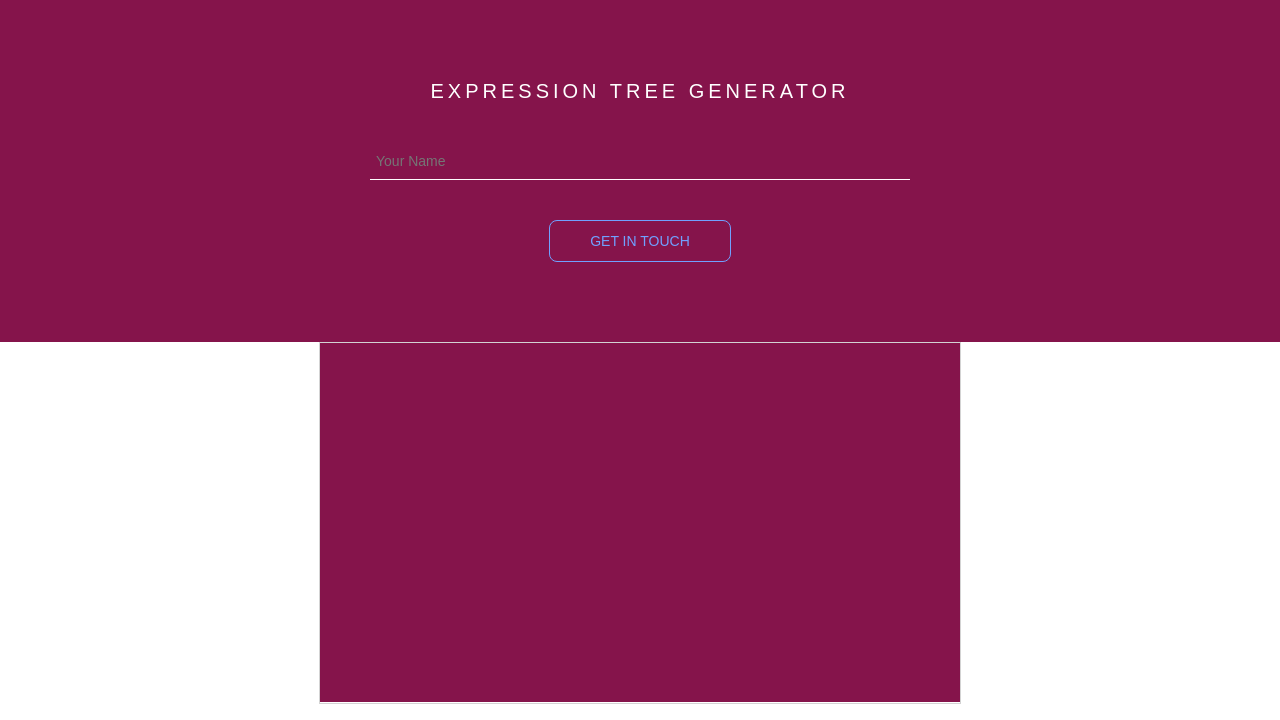
Repository: lnogueir/expression-tree-gen
Page: index.html
An editor plug-in stored every save of this project. The page is shown before and after the next save, followed by the edit.
The browser window is 1280 px wide. The pictures show the whole page.

Above is the page before, as saved 2020-03-15 19:09:34.

### index.html
<!DOCTYPE html>
<html lang="en">

<head>
    <meta charset="UTF-8">
    <meta name="viewport" content="width=device-width, initial-scale=1.0">
    <title>Canvas</title>
    <link rel="stylesheet" href="app.css">
</head>

<body>

    <div class="contact-section">
        <div class="inner-width">
          <h1>Expression Tree Generator</h1>
          <input type="text" class="name" id = 'expression-input' placeholder="Your Name">
          <button id="generate-tree">Get in touch</button>
        </div>
      </div>

    <div id="canvas-container">
        <canvas></canvas>
    </div>
</body>
<script src="https://ajax.googleapis.com/ajax/libs/jquery/3.4.1/jquery.min.js"></script>
<script src="https://cdnjs.cloudflare.com/ajax/libs/mathjs/6.6.1/math.min.js"></script>
<script src="tree.js"></script>
<script src="infixToPostfix.js"></script>
<script src="canvas.js"></script>

</html>

### app.css
*{
    margin: 0;
    padding: 0;
    box-sizing: border-box;
    font-family: "montserrat",sans-serif;
  }
  .contact-section{
    background: #85144b;
    padding: 80px 0;
    text-align: center;
  }

  .inner-width{
    max-width: 600px;
    margin: auto;
    padding: 0 20px;
  }

  .contact-section h1{
    font-size: 20px;
    color: #FFF;
    margin-bottom: 40px;
    text-transform: uppercase;
    letter-spacing: 4px;
    font-weight: 400;
  }

  .name,.email,.message{
    background: none;
    border:none;
    outline: none;
    border-bottom: 1px solid;
    color: #FFF;
    padding: 10px 6px;
    font-size: 14px;
    margin-bottom: 40px;
  }

  .name{
    float: center;
    width: 540px;
  }


  .contact-section button{
      outline: none;
    background: none;
    color: #70a1ff;
    border: 1px solid #70a1ff;
    padding: 12px 40px;
    border-radius: 8px;
    text-transform: uppercase;
    font-size: 14px;
    transition: 0.4s linear;
    cursor: pointer;
  }

  .contact-section button:hover{
    background: #70a1ff;
    color: #fff;
  }


  @media screen and (max-width:600px){
    .name,.email{
      width: 100%;
    }
  }

#canvas-container{
    display: flex;
    flex-direction: column;
    align-items: center;
    margin: auto;
    height: 50vh;
    width: 50vw;
    background: #85144b;
}

canvas{
    border: 1px solid lightgray;
}

### tree.js
function Node(value) {
    const radius = 32.5
    this.value = value;
    this.x = null;
    this.y = null;
    this.right = null;
    this.left = null;

    this.isLeaf = () => this.right == null && this.left == null;

    this.drawEdge = function (context, x, y, left_way) {
        context.strokeStyle = 'gray';
        context.beginPath()
        const x_y_ratio = Math.abs(this.y - y) / Math.abs(this.x - x)
        const w = radius * Math.sqrt(1 / (1 + Math.pow(x_y_ratio, 2)))
        const d = x_y_ratio * w
        if (left_way) {
            context.moveTo(this.x - w, this.y + d)
            context.lineTo(x + w, y - d)
        } else {
            context.moveTo(this.x + w, this.y + d)
            context.lineTo(x - w, y - d)
        }

        context.stroke()
    }

    this.draw = function (context) {
        context.beginPath()
        context.arc(this.x, this.y, radius, 0, Math.PI * 2, false)
        context.fillStyle = 'rgba(255, 255, 255, 0.5)'
        context.fill()
        context.strokeStyle = 'black'
        context.stroke()
        context.font = '25px Times New Roman'
        context.textAlign = 'center'
        context.textBaseline = 'middle'
        context.fillStyle = "black";
        context.fillText(this.value, this.x, this.y);
    }
}

function constructTree(postfix) {
    const OPERATORS = ['*', '/', '-', '+']
    var stack = []
    var root = null;
    var current;
    var shift = false;
    for (var i = postfix.length - 1; i >= 0; i--) {
        if (null === root) {
            current = new Node(postfix[i]);
            root = current;
        } else {
            if (shift) {
                current.left = new Node(postfix[i])
                current = current.left
                shift = false
            } else {
                current.right = new Node(postfix[i])
                current = current.right
            }
        }
        if (OPERATORS.includes(postfix[i])) {
            stack.push(current);
        } else {
            current = stack.pop();
            shift = true
        }
    }
    return root;
}

function getSize(root) {
    var size = 0
    function countSize(root) {
        if (null != root) {
            size++;
            countSize(root.left)
            countSize(root.right)
        }
    }
    countSize(root);
    return size;
}

function print_coords(root) {
    if (null != root) {
        print_coords(root.left)
        console.log(root.value, root.x, root.y)
        print_coords(root.right)
    }
}

function setCoordinates(root) {
    var i = 0
    const OFFSET = 50
    const size = getSize(root)
    const canvas_mid_point = window.innerWidth / 2;
    function setCoordinates(subt, depth) {
        if (null != subt) {
            setCoordinates(subt.left, depth + 1)
            subt.x = canvas_mid_point + (OFFSET * (i - size / 2))
            subt.y = OFFSET + (depth * 1.5 * OFFSET)
            i++
            setCoordinates(subt.right, depth + 1)
        }
    }
    setCoordinates(root, 0)
}

function drawTree(root, context) {
    if (null != root) {
        root.draw(context)
        if (null != root.left) {
            root.drawEdge(context, root.left.x, root.left.y, true);
        }
        drawTree(root.left, context)
        if (null != root.right) {
            root.drawEdge(context, root.right.x, root.right.y, false)
        }
        drawTree(root.right, context)
    }
}

### infixToPostfix.js
function isBracketed(expr) {
  var stack = []
  for (var i = 0; i < expr.length; i++) {
    if ('(' === expr[i]) {
      stack.push('(')
    } else if (')' === expr[i]) {
      stack.pop()
      if (stack.length === 0) {
        if (i !== expr.length - 1) {
          return false
        } else {
          return true
        }
      }
    }
  }
  return false;
}

function isValidExpression(expr) {
  if (expr.length < 3) {
    return false;
  }
  for (var i = 0; i < expr.length; i++) {
    if ('abcdefghijklmnopqrstuvwxyz*()/+-'.indexOf(expr[i]) === -1) {
      return false;
    }
  }
  try {
    while ("(" === expr[0] && ")" === expr[expr.length - 1]) {
      if (isBracketed(expr)) {
        expr = expr.substring(1, expr.length - 1);
      } else break;
    }
    var res = math.parse(expr);
    if ((typeof res.implicit === 'undefined') || res.fn.indexOf('unary') !== -1) {
      return false;
    }
    return true;
  }
  catch (ex) {
    return false;
  }
}

function infixToPostfix(expression) {
  if (!isValidExpression(expression)) {
    return null;
  }
  const prec = { "*": 3, "/": 3, "-": 2, "+": 2, "(": 1 }
  op_stack = []
  postfixList = []
  tokens = expression.split('')
  for (const token of tokens) {
    if ("abcdefghijklmnopqrstuvwxyz".indexOf(token) !== -1) {
      postfixList.push(token)
    } else if ("(" === token) {
      op_stack.push(token)
    } else if (")" === token) {
      var top_op_token = op_stack.pop()
      while (top_op_token !== '(') {
        postfixList.push(top_op_token)
        top_op_token = op_stack.pop()
      }
    } else {
      var peek_elem = op_stack.slice(-1)[0];
      while (op_stack.length > 0 && (prec[peek_elem] >= prec[token])) {
        postfixList.push(op_stack.pop())
        peek_elem = op_stack.slice(-1)[0];
      }
      op_stack.push(token)
    }
  }
  while (op_stack.length > 0) {
    postfixList.push(op_stack.pop())
  }
  return postfixList
}

### canvas.js
var canvas = document.querySelector('canvas')

canvas.height = document.getElementById('canvas-container').offsetHeight;
canvas.width = document.getElementById('canvas-container').offsetWidth;

var c = canvas.getContext('2d')

$('#generate-tree').click(() => {
    var expression = $('#expression-input').val()
    if (typeof expression !== 'undefined' && null != expression) {
        expression = expression.replace(/\s+/g, '')
        expression = expression.toLowerCase()
        var postfix = infixToPostfix(expression);
        if (null !== postfix) {
            var root = constructTree(postfix)
            setCoordinates(root)
            c.clearRect(0, 0, canvas.width, canvas.height);
            drawTree(root, c)
        } else {
            alert('Enter valid expression')
        }

    } else {
        alert('Enter valid expression')
    }
})

After the next save:
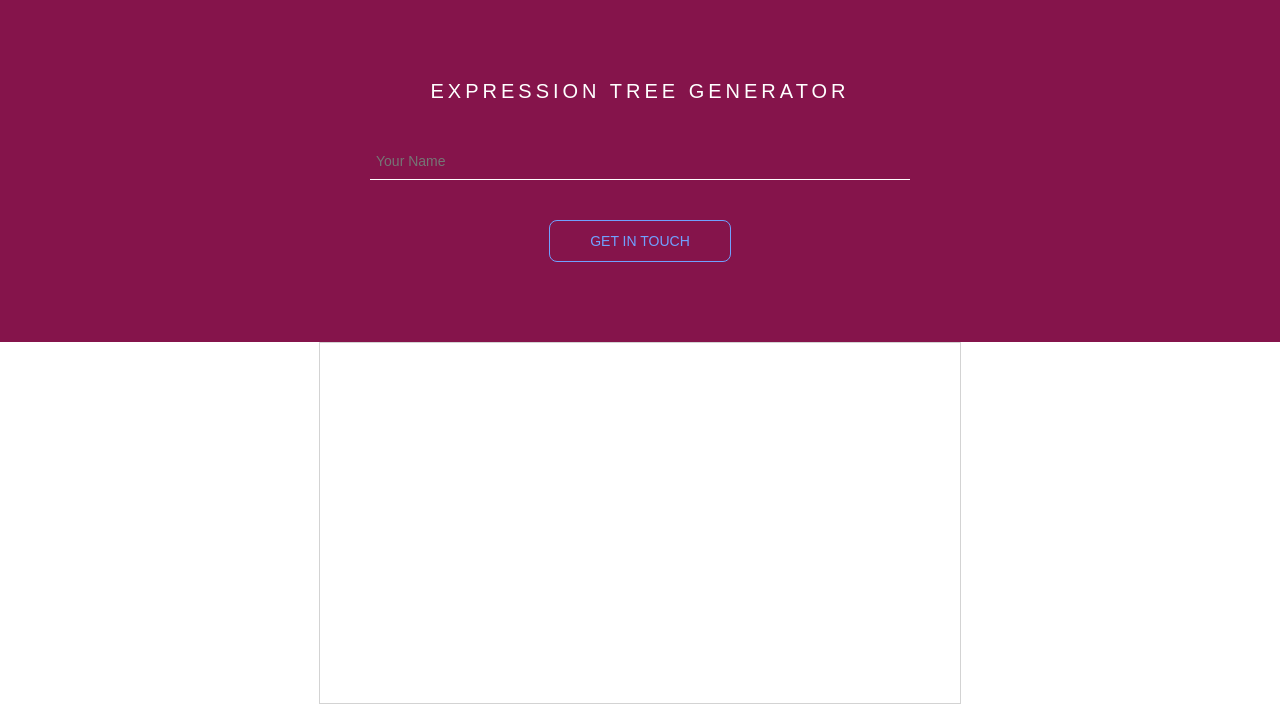
Saved 10 s later.
--- a/app.css
+++ b/app.css
@@ -74,7 +74,7 @@
     margin: auto;
     height: 50vh;
     width: 50vw;
-    background: #85144b;
+    background: #FFF;
 }
 
 canvas{
